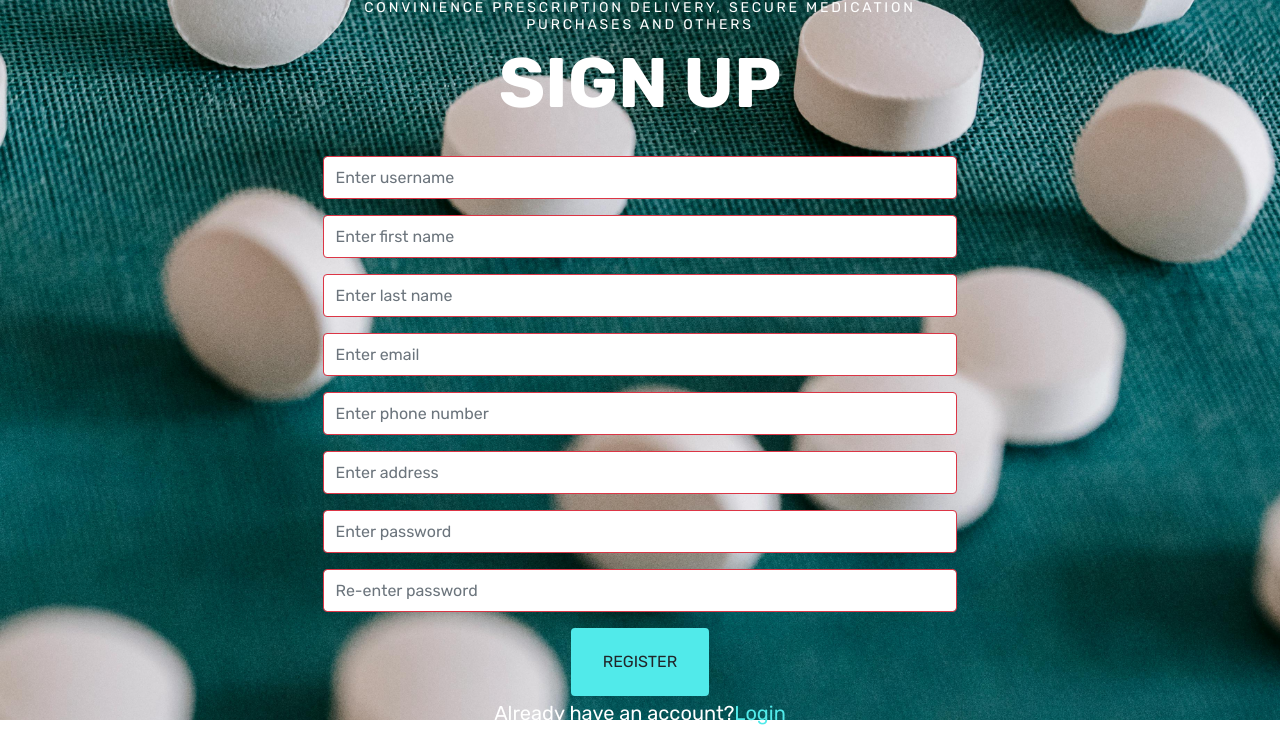
Repository: Argivist/Web-Doctor
Page: http://localhost/login/register.php
These files come from the project's save history. The page is drawn as it stood at one moment and after the next save; the edit follows.
The browser window is 1280 px wide. The pictures show the whole page.
Some web fonts or font styles are not loaded; a fallback is used. The page is run by PHP 8.4 with error messages shown; the project is at /var/www/html/.

Above is the page before, as saved 2024-02-18 18:49:41.

After the next save:
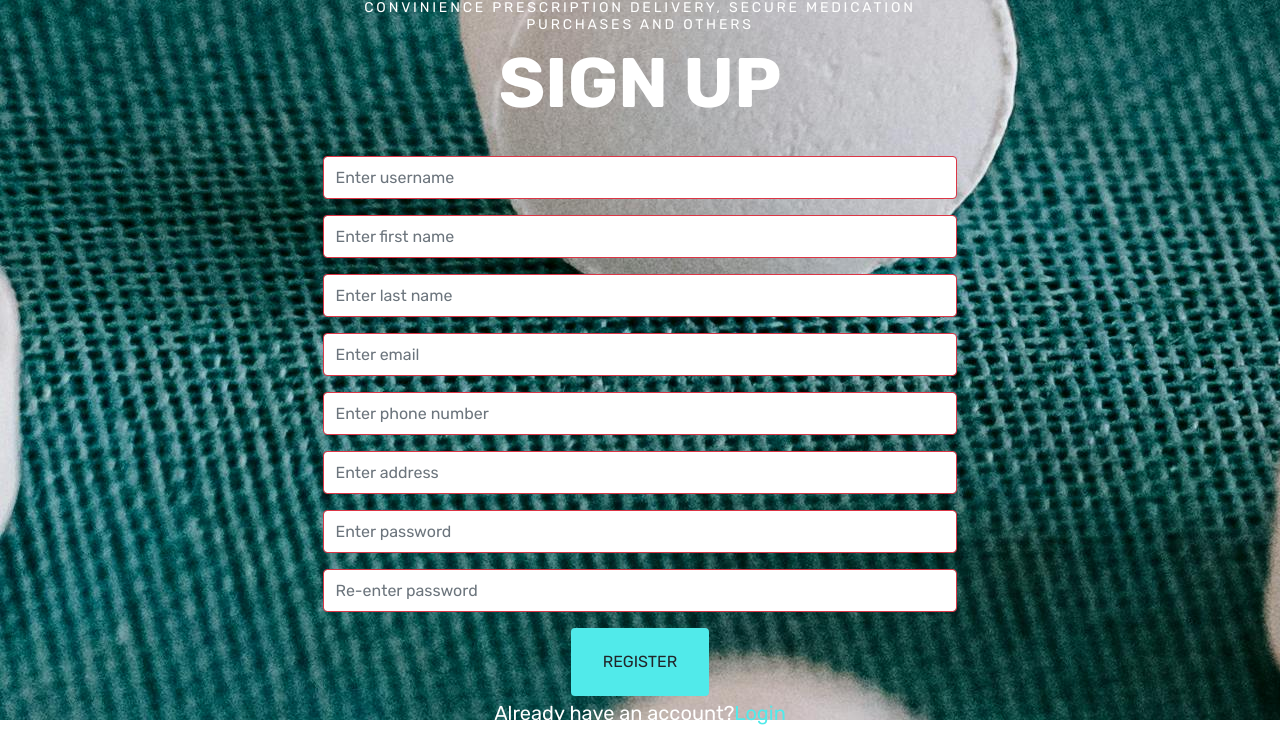
Saved 8 s later.
--- a/login/register.php
+++ b/login/register.php
@@ -17,9 +17,9 @@
 </head>
 
 <body>
-    <div class="site-wrap justify-content-center">
+    <div class="site-wrap justify-content-center" style="background-image: url('../img/background/pharmacy_1.jpg');">
 
-        <div class="site-blocks-cover" style="background-image: url('../img/background/pharmacy_1.jpg');">
+        <div class="site-blocks-cover" >
             <div class="container">
                 <div class="row">
                     <div class="col-lg-7 mx-auto order-lg-2 align-self-center">
